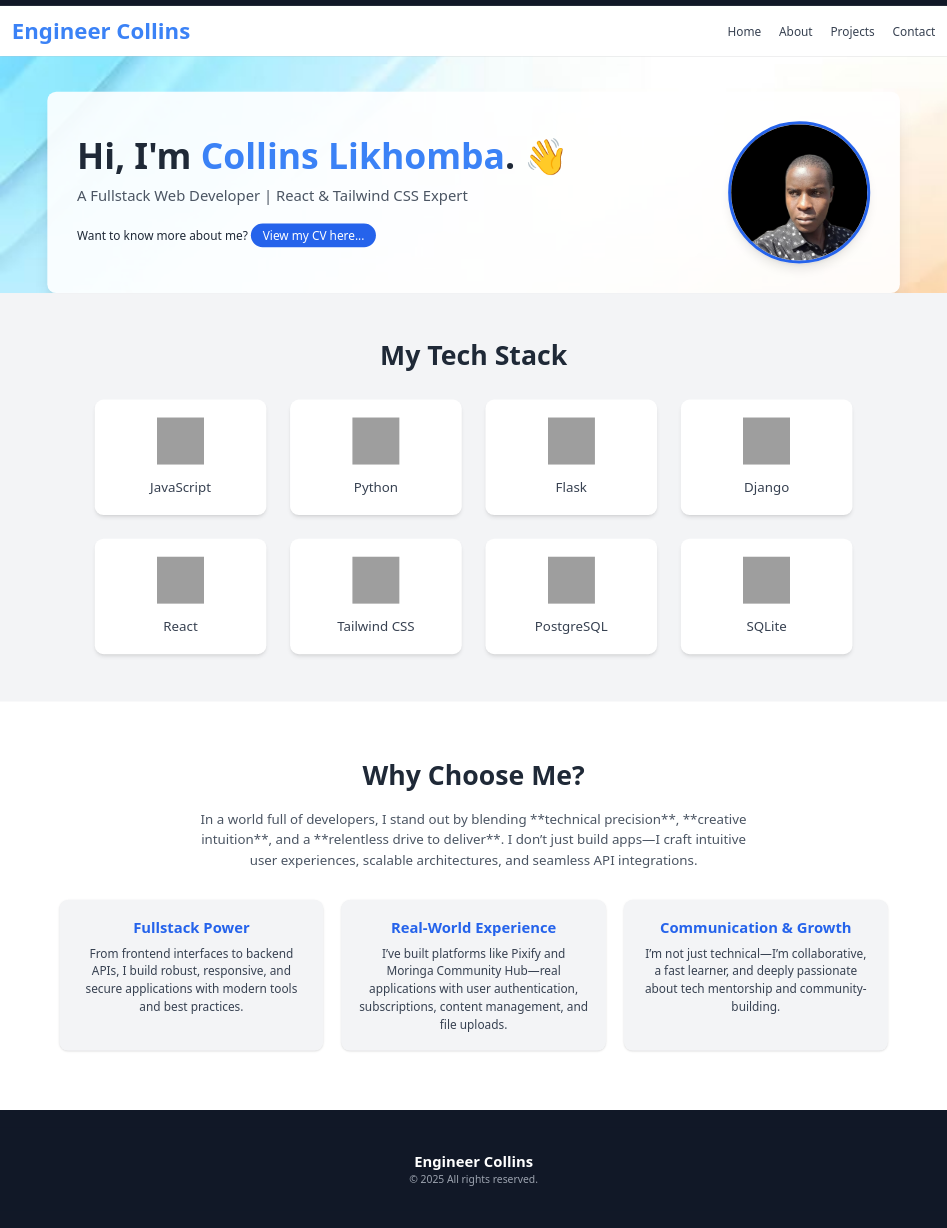
Repository: Engineer-collo/Portfolio
Page: /
An editor plug-in stored every save of this project. The page is shown before and after the next save, followed by the edit.
The browser window is 1280 px wide. The pictures show the whole page, at 74% of full size.
Pictures or frames that could not be fetched are drawn as grey boxes. The project was rebuilt for these pictures with package versions that can differ from the ones it lists, and the page was loaded fresh each time. Also part of the build but not shown: vite.config.js, src/pages/About.jsx, src/pages/Projects.jsx, src/pages/Contact.jsx, src/pages/Blog.jsx, src/pages/Skills.jsx.

Above is the page before, as saved 2025-06-07 17:13:29.

After the next save:
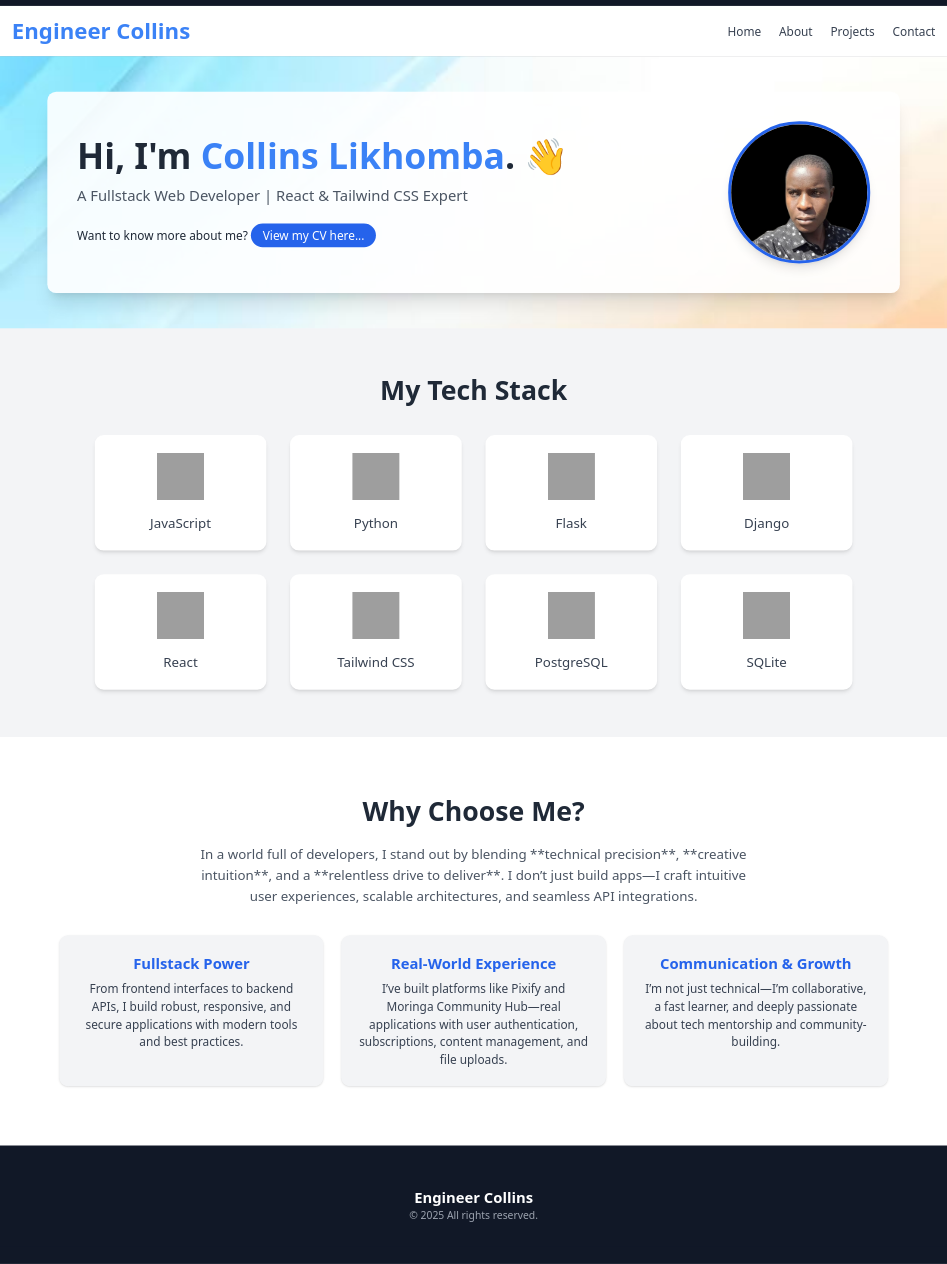
Saved 4 s later.
--- a/src/pages/HomePage.jsx
+++ b/src/pages/HomePage.jsx
@@ -47,7 +47,7 @@ const HomePage = () => {
 
       {/* Hero Section */}
       <section
-        className="pt-12 pb-12flex-grow flex justify-center items-center px-4
+        className="pt-12 pb-12 flex-grow flex justify-center items-center px-4
                    bg-[url('/bg.png')] bg-cover bg-center bg-no-repeat"
       >
         <div className="flex flex-col md:flex-row items-center
